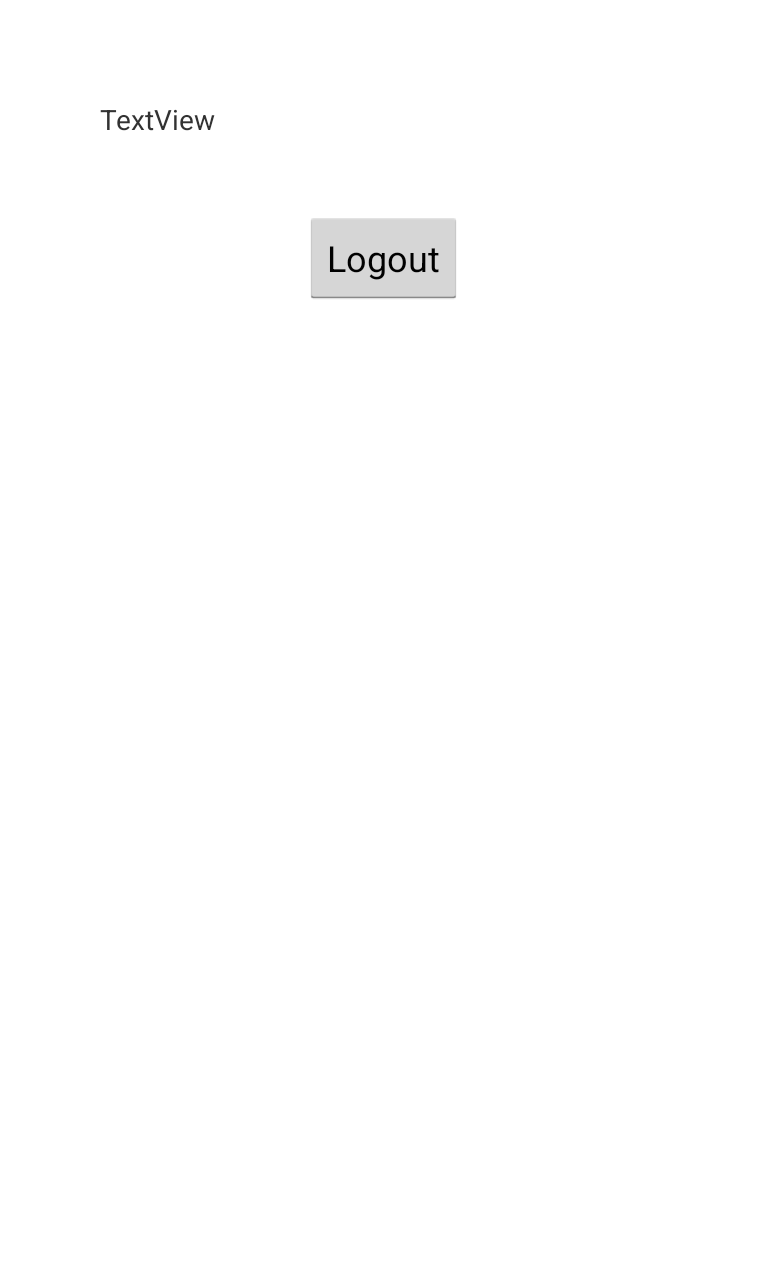
Repository: LeBenHL/CS169WarmUp
Layout: android/HelloWorld/res/layout/activity_welcome_message.xml
An editor plug-in stored every save of this project. The layout is shown before and after the next save, followed by the edit.
It is drawn on a 768 x 1280 px phone screen (xhdpi) without system bars, with theme AppTheme; the app's code is not run.

Above is the layout before, as saved 2013-02-17 00:18:17.

After the next save:
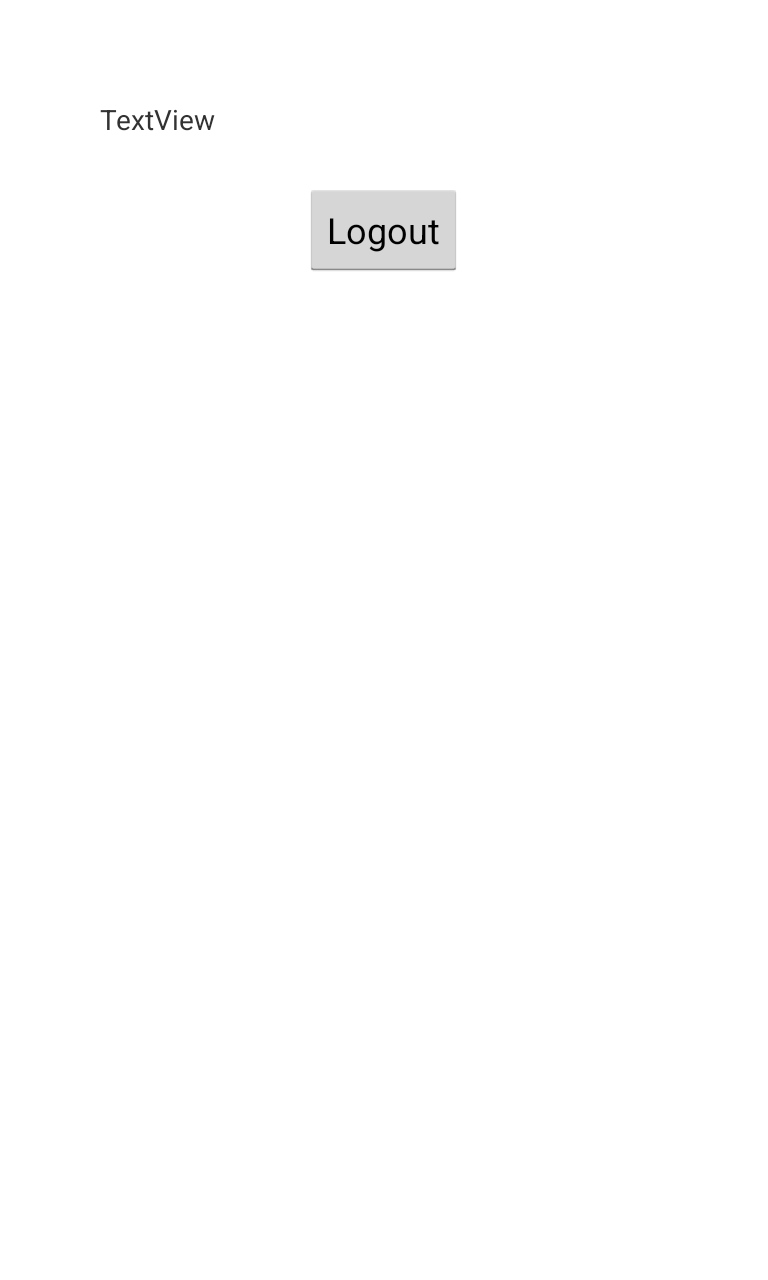
Saved 2 min 35 s later.
--- a/android/HelloWorld/res/layout/activity_welcome_message.xml
+++ b/android/HelloWorld/res/layout/activity_welcome_message.xml
@@ -21,7 +21,7 @@
         android:layout_height="wrap_content"
         android:layout_below="@+id/textView1"
         android:layout_centerHorizontal="true"
-        android:layout_marginTop="36dp"
+        android:layout_marginTop="22dp"
         android:text="@string/logout" />
 
 </RelativeLayout>
